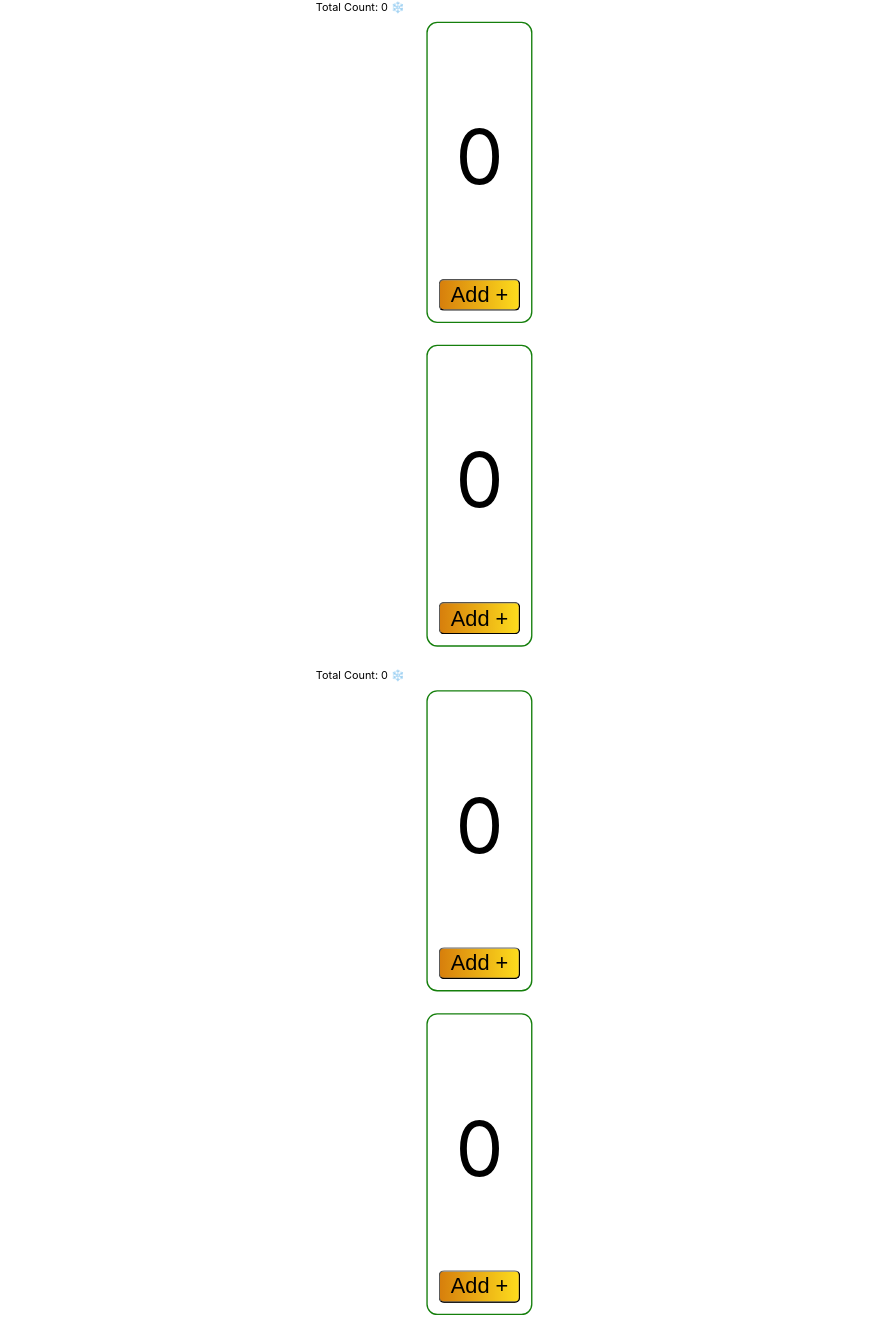
Repository: Yugayoung/css-example
Page: / (app in react/basic/)
The author's editor kept a copy of each file at every save. The page is drawn from the files as they stood at one save, then again after the next save.
The browser window is 1280 px wide. The pictures show the whole page, at 68% of full size.
The project was rebuilt for these pictures with package versions that can differ from the ones it lists, and the page was loaded fresh each time.

Above is the page before, as saved 2023-12-19 20:09:41.

After the next save:
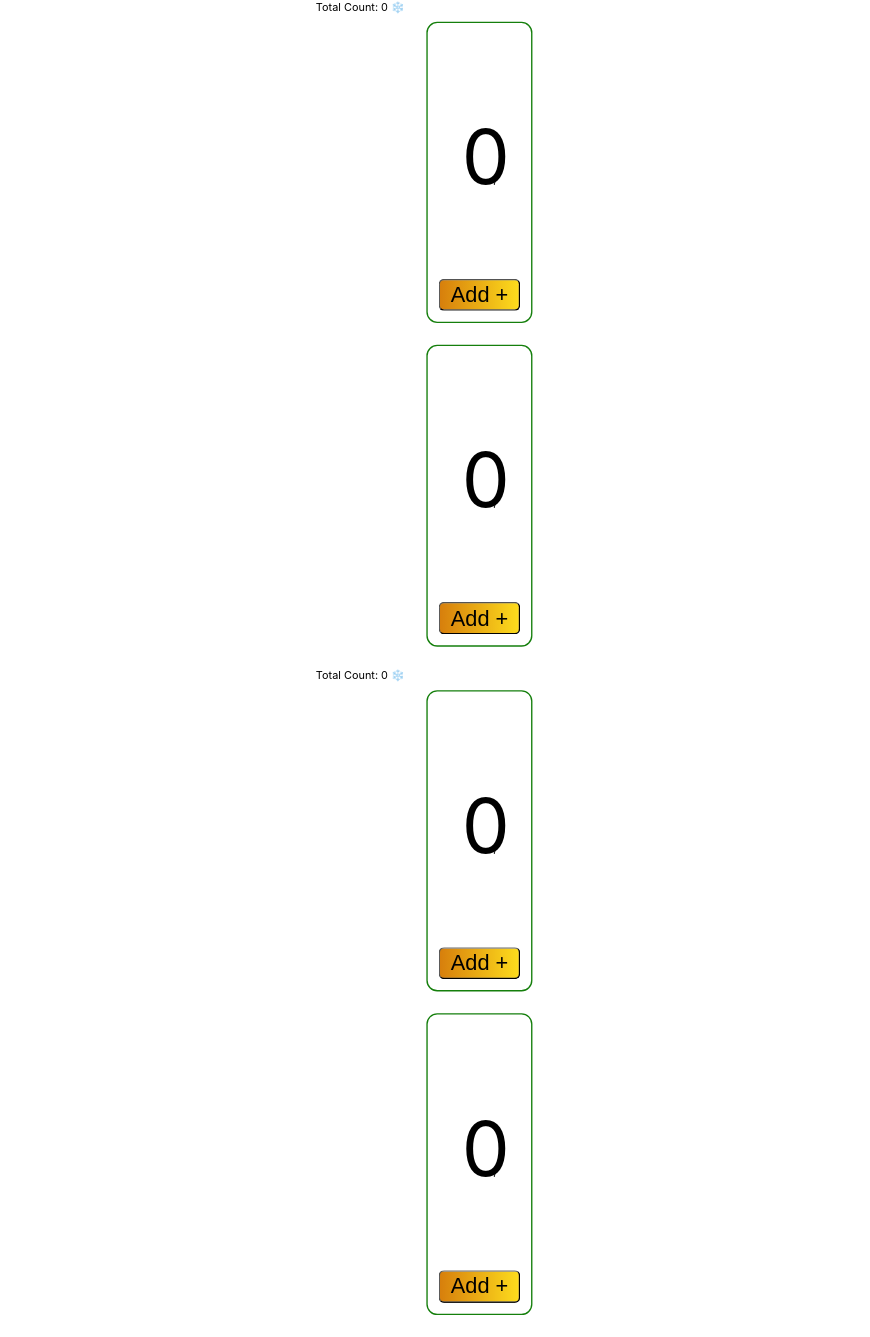
Saved 3 s later.
--- a/react/basic/src/components/Counter.jsx
+++ b/react/basic/src/components/Counter.jsx
@@ -4,7 +4,10 @@ export default function Counter({ total, onClick }) {
   const [count, setCount] = useState(0);
   return (
     <div className='counter'>
-      <p className='number'>{count}</p>
+      <p className='number'>
+        {count}
+        <span className='total'>/{total}</span>
+      </p>
       <button
         className='button'
         onClick={() => {
